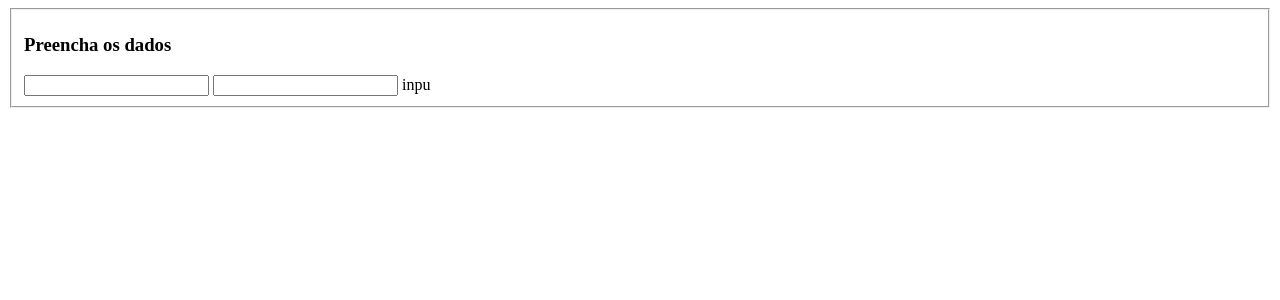
Repository: Leonngc/DEV-COLLEGE
Page: registration.html
The author's editor kept a copy of each file at every save. The page is drawn from the files as they stood at one save, then again after the next save.
The browser window is 1280 px wide. The pictures show the whole page.

Above is the page before, as saved 2023-03-12 13:06:33.

After the next save:
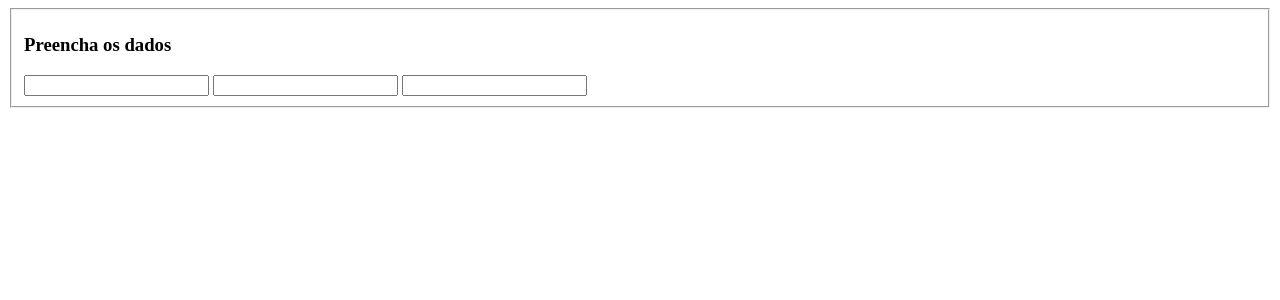
Saved 16 s later.
--- a/registration.html
+++ b/registration.html
@@ -16,7 +16,7 @@
             <form action="">
                 <input type="text" id="username" required minlength="1" maxlength="99">
                 <input type="email" name="emailUser" id="userEmail" required>
-                inpu
+                <input type="tel" name="" id="">
             </form>
         </fieldset>
     </main>

After the 2 saves that followed:
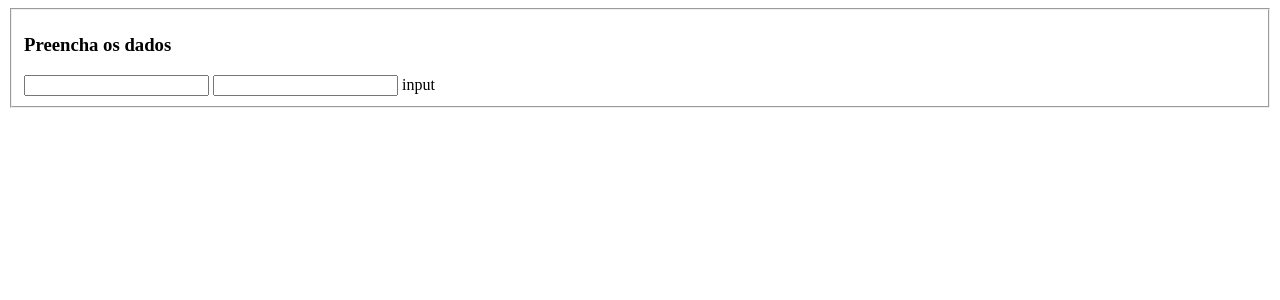
The 2 saves are shown as one change because they came seconds apart.
The last was saved 17 s later.
--- a/registration.html
+++ b/registration.html
@@ -16,7 +16,7 @@
             <form action="">
                 <input type="text" id="username" required minlength="1" maxlength="99">
                 <input type="email" name="emailUser" id="userEmail" required>
-                <input type="tel" name="" id="">
+                input
             </form>
         </fieldset>
     </main>
